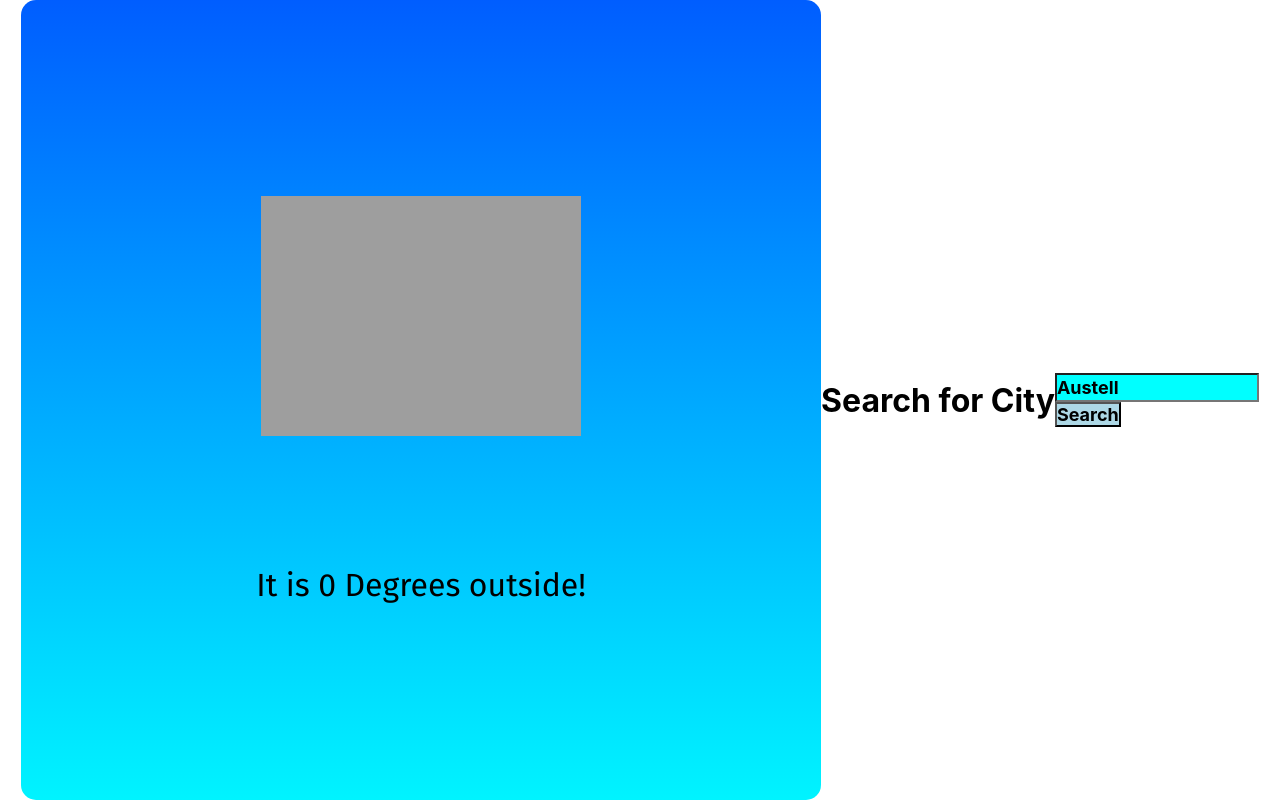
Repository: sayrilamar/chumsweatherapp
Page: /
The author's editor kept a copy of each file at every save. The page is drawn from the files as they stood at one save, then again after a run of saves.
The browser window is 1280 px wide. The pictures show the whole page.
Pictures or frames that could not be fetched are drawn as grey boxes. The page's requests for data from a server got no answer. The project was rebuilt for these pictures with package versions that can differ from the ones it lists, and the page was loaded fresh each time. No one was signed in, and anything a server would have sent is missing.

Above is the page before, as saved 2020-04-19 08:27:47.

### src/index.css
* {
  margin: 0;
  padding: 0;
  font-family: -apple-system, BlinkMacSystemFont, 'Segoe UI', 'Roboto', 'Oxygen',
    'Ubuntu', 'Cantarell', 'Fira Sans', 'Droid Sans', 'Helvetica Neue',
    sans-serif;
  -webkit-font-smoothing: antialiased;
  -moz-osx-font-smoothing: grayscale;
}

### src/App.js
import React, {useState, useEffect} from "react";
import "./App.css";
import WeatherCard from "./components/WeatherCard/component.js";

function App() {
  const [query,
    setQuery] = useState("Austell");
  const [weather,
    setWeather] = useState({temp: null, city: null, condition: null, country: null, description: null});

  const data = async q => {
    const apiRes = await fetch(`http://api.openweathermap.org/data/2.5/weather?q=${q}&units=imperial&APPID=ab0ef440364092f54ff821ca2b803163`);
    const resJSON = await apiRes.json();
    return resJSON;
  };

  const handleSearch = e => {
    data(query).then(res => console.log(res));
    e.preventDefault();
    data(query).then(res => {
      setWeather({temp: res.main.temp, city: res.name, condition: res.weather[0].main, country: res.sys.country, description: res.weather[0].description});
    });
  };

  // runs once the dom is loaded for the first time only, because there is no
  // variable being watched in the dependency array
  useEffect(() => {
    data(query).then(res => {
      setWeather({temp: res.main.temp, city: res.name, condition: res.weather[0].main, country: res.sys.country, description: res.weather[0].description});
    });
  }, []);

  return (
    <div className="App">
      <div>
        <WeatherCard
          temp={Math.round(weather.temp)}
          condition={weather.condition}
          city={weather.city}
          state={weather.country}
          description={weather.description}/>
      </div>
      <h1>Search for City</h1>
      <form>
        <div>
          <input
            className="input"
            value={query}
            onChange={e => setQuery(e.target.value)}/>
        </div>
        <div>
          <button className="button" onClick={e => handleSearch(e)}>
            Search
          </button>
        </div>
      </form>
    </div>
  );
}

export default App;

### src/App.css
@import url("https://fonts.googleapis.com/css?family=Merriweather|Fira+Sans&display=swap");

.App {
  margin: 0 auto;
  color: white;
  display: flex;
  justify-content: center;
  align-items: center;
}

h1 {
  color: black;
}

.input {
  background-color: aqua;
  font-weight: bold;
  height: 25px;
  width: 200px;
  font-size: large;
}

.button {
  height: fit-content;
  font-size: large;
  font-weight: bold;
  background-color: lightblue
}

### src/components/WeatherCard/component.js
import React from "react";
import styled from "@emotion/styled";
import Location from "./Location";
import Icon from "./Icon";
import Condition from "./Condition";

const WeatherCard = ({temp, condition, city, state, description}) => {
    let highColor = 0;
    let lowColor = 0;
    let bg = null;

    if (temp > 53.6) {
        highColor = (1 - (temp - 53.6) / 50.4) * 255;
        lowColor = highColor - 150;
        bg = `linear-gradient(
            to top,
            rgb(255, ${highColor}, 0),
            rgb(255, ${lowColor}, 0)
          )`;
    } else if (temp <= 53.6) {
        highColor = (1 - (temp + 4) / 89) * 255;
        lowColor = highColor - 150;
        bg = `linear-gradient(
            to top,
            rgb(0, ${highColor}, 255),
            rgb(0, ${lowColor}, 255)
          )`;
    }

    const Card = styled.div `
    margin: 0 auto;
    background: ${bg};
    width: 800px;
    height: 800px;
    display: flex;
    flex-direction: column;
    justify-content: space-around;
    align-items: center;
    border-radius: 15px;
  `;

    return (
        <Card>
            <Location city={city} state={state}/>
            <Icon condition={condition}/>
            <Condition temp={temp} condition={condition} description={description}/>
        </Card>
    );
};

export default WeatherCard;

### src/components/WeatherCard/Location.js
import React from "react";
import styled from "@emotion/styled";

const Location = ({city, state}) => {
  const Container = styled.div `
    text-align: center;
  `;

  const City = styled.h1 `
    font-family: "Merriweather", sans-serif;
    font-size: 1.6rem;
  `;

  const Country = styled.h3 `
    font-family: "Fira Sans", sans-serif;
    font-size: 1.1rem;
  `;

  return (
    <Container>
      <City>{city}</City>
      <Country>{state}</Country>
    </Container>
  );
};

export default Location;

### src/components/WeatherCard/Icon.js
import React from "react";
import styled from "@emotion/styled";

// https://openweathermap.org/weather-conditions
const Icon = ({condition}) => {
  let icon;
  switch (condition) {
    case "Clouds":
      icon = `02d@2x`;
      break;
    case "Clear":
      icon = `01d@2x`;
      break;
    case "Haze":
      icon = `50d@2x`;
      break;
    case "Fog":
      icon = `50d@2x`;
      break;
    case "Tornado":
      icon = `50d@2x`;
      break;
    case "Dust":
      icon = `50d@2x`;
      break;
    case "Mist":
      icon = `50d@2x`;
      break;
    case "Snow":
      icon = `13d@2x`;
      break;
    case "Rain":
      icon = `10d@2x`;
      break;
    case "Drizzle":
      icon = `11d@2x`;
      break;
    case "Thunderstorm":
      icon = `11d@2x`;
      break;
    default:
      icon = ``;
      break;
  }

  const Icon = styled.img `
    width: 40%;
  `;

  return (<Icon src={`http://openweathermap.org/img/wn/${icon}.png`} alt="Weather Icon"/>);
};

export default Icon;

### src/components/WeatherCard/Condition.js
import React, {Fragment} from "react";
import styled from "@emotion/styled";

const Condition = ({temp, condition, description}) => {
  const Temp = styled.h1 `
    font-family: "Fira Sans", sans-serif;
    font-size: 2rem;
    font-weight: 200;
  `;

  const State = styled.h3 `
    font-family: "Merriweather", sans-serif;
    font-size: 1.2rem;
  `;

  return (
    <Fragment>
      <Temp>
        It is {temp + " "}
        Degrees outside!
      </Temp>
      <State>{description}</State>
    </Fragment>
  );
};

export default Condition;

Loaded but not shown: public/index.html (common file); src/index.js (common file); src/serviceWorker.js (common file)

After the next 2 saves:
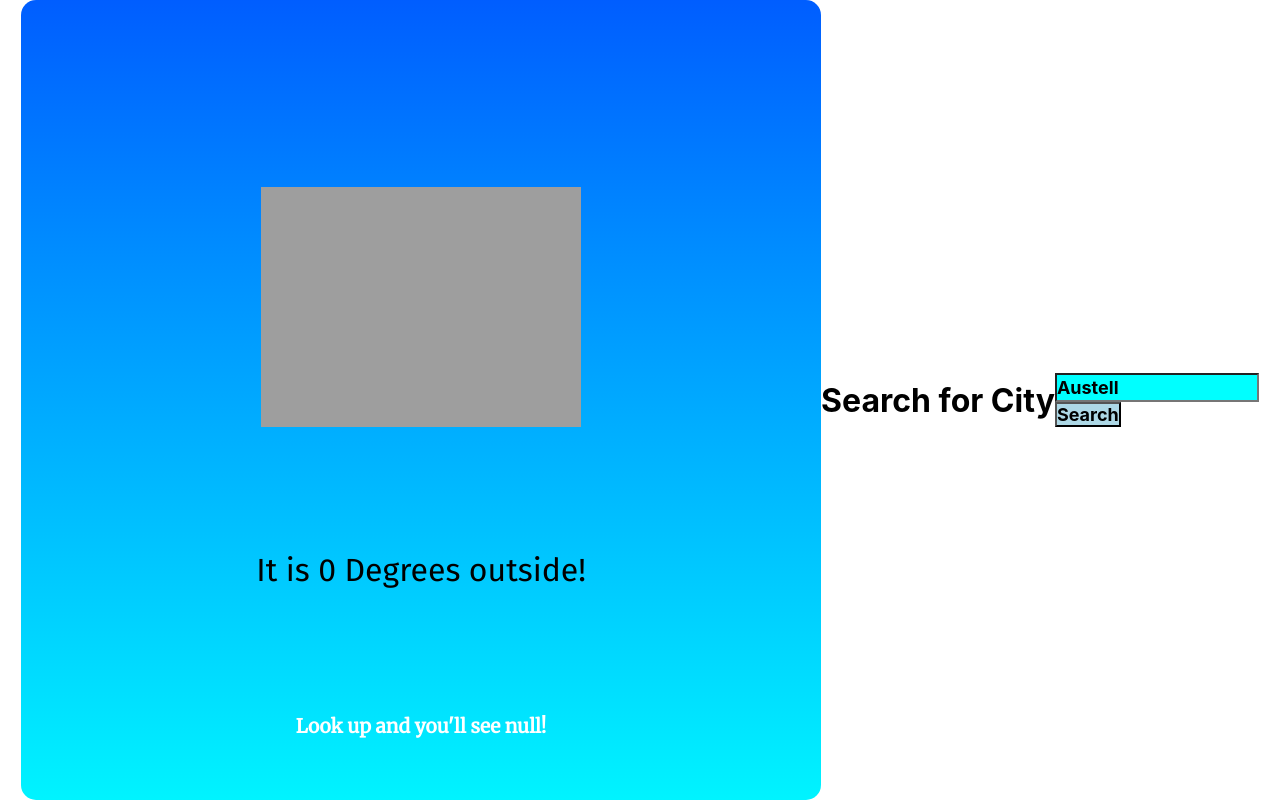
The 2 saves are shown as one change because they came seconds apart.
The last was saved 52 s later.
--- a/src/components/WeatherCard/Condition.js
+++ b/src/components/WeatherCard/Condition.js
@@ -19,7 +19,7 @@ const Condition = ({temp, condition, description}) => {
         It is {temp + " "}
         Degrees outside!
       </Temp>
-      <State>{description}</State>
+      <State>{"Look up and you'll see " + description + "!"}</State>
     </Fragment>
   );
 };
